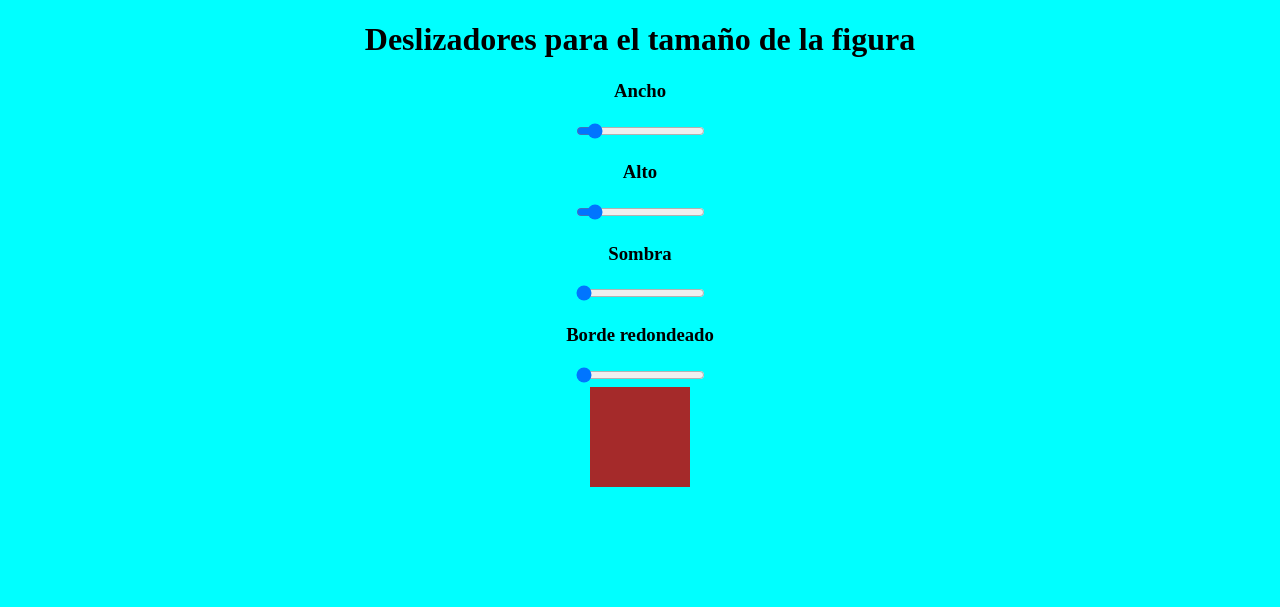
Repository: Kevin8548/Ejercicios-DOM
Page: Deslizador.html
These files come from the project's save history. The page is drawn as it stood at one moment and after the next save; the edit follows.
The browser window is 1280 px wide. The pictures show the whole page.

Above is the page before, as saved 2024-10-08 12:13:40.

After the next save:
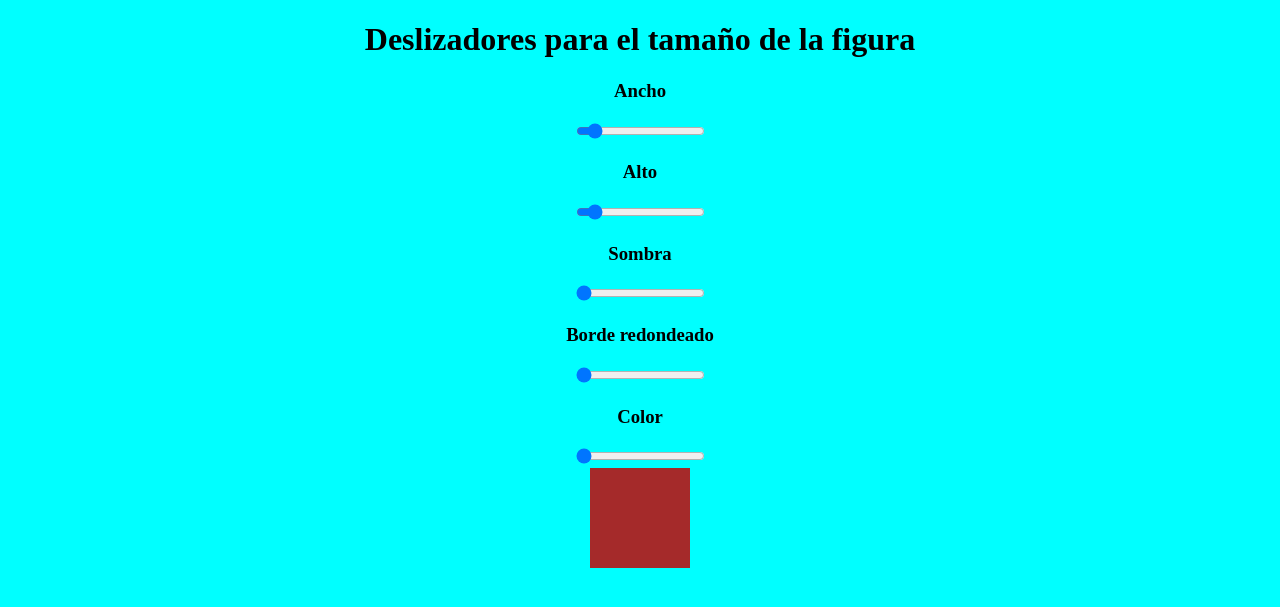
Saved 56 s later.
--- a/Deslizador.html
+++ b/Deslizador.html
@@ -17,7 +17,8 @@
         <input type="range" id="sliderSombra" min="0" max="500" value="0" step="1">
         <h3>Borde redondeado</h3>
         <input type="range" id="sliderEsquina" min="0" max="50" value="0" step="1">
-
+        <h3>Color</h3>
+        <input type="range" id="sliderColor" min="0" max="50" value="0" step="1">
     </div>
     <div class="div"></div>
 
